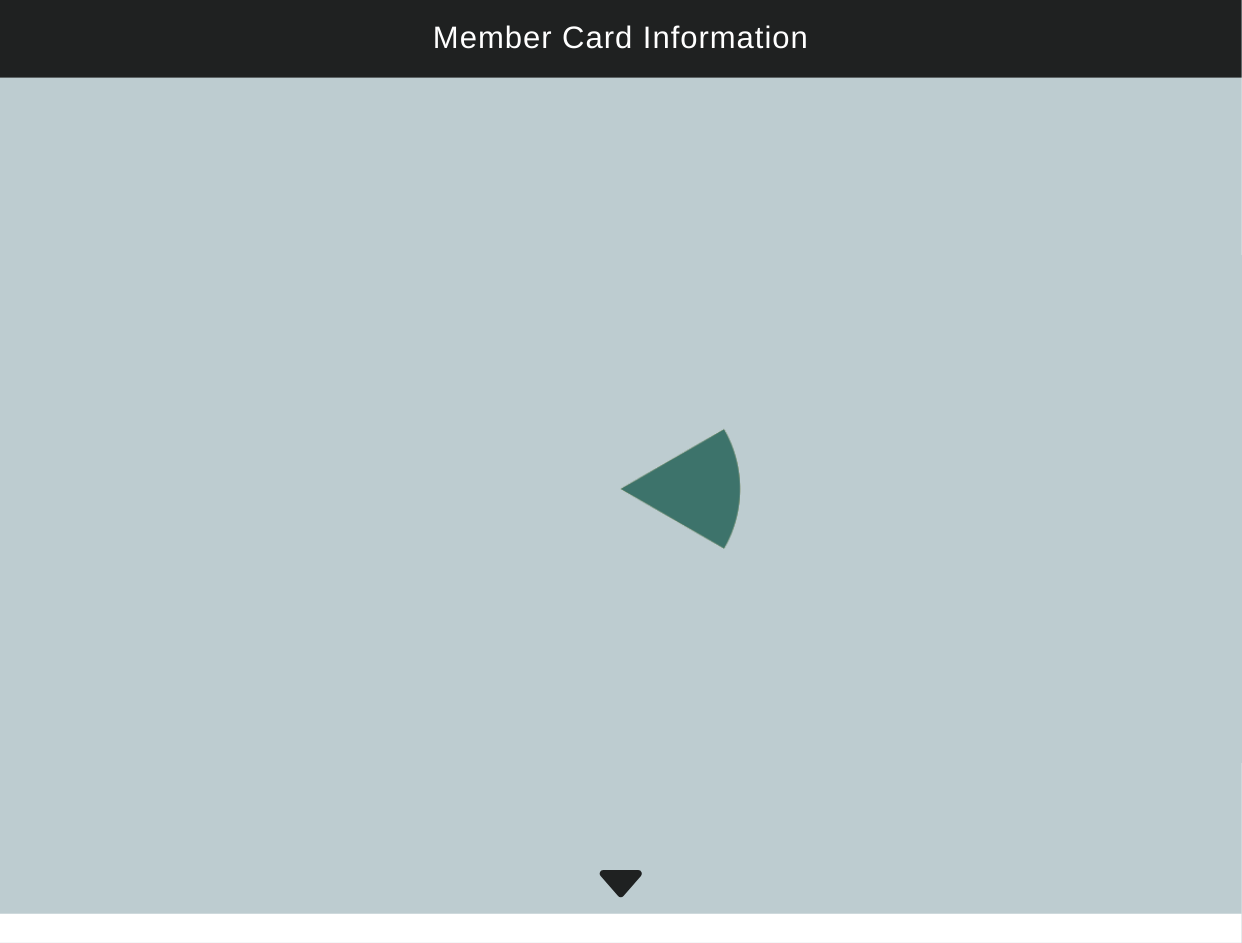
Repository: Leooook/lzhao-fed-test
Page: /
The author's editor kept a copy of each file at every save. The page is drawn from the files as they stood at one save, then again after the next save.
The browser window is 1280 px wide. The pictures show the whole page, at 97% of full size.
The page's requests for data from a server got no answer. The project was rebuilt for these pictures with package versions that can differ from the ones it lists, and the page was loaded fresh each time. No one was signed in, and anything a server would have sent is missing. Also part of the build but not shown: src/components/detail.jsx.

Above is the page before, as saved 2021-03-15 21:24:56.

After the next save:
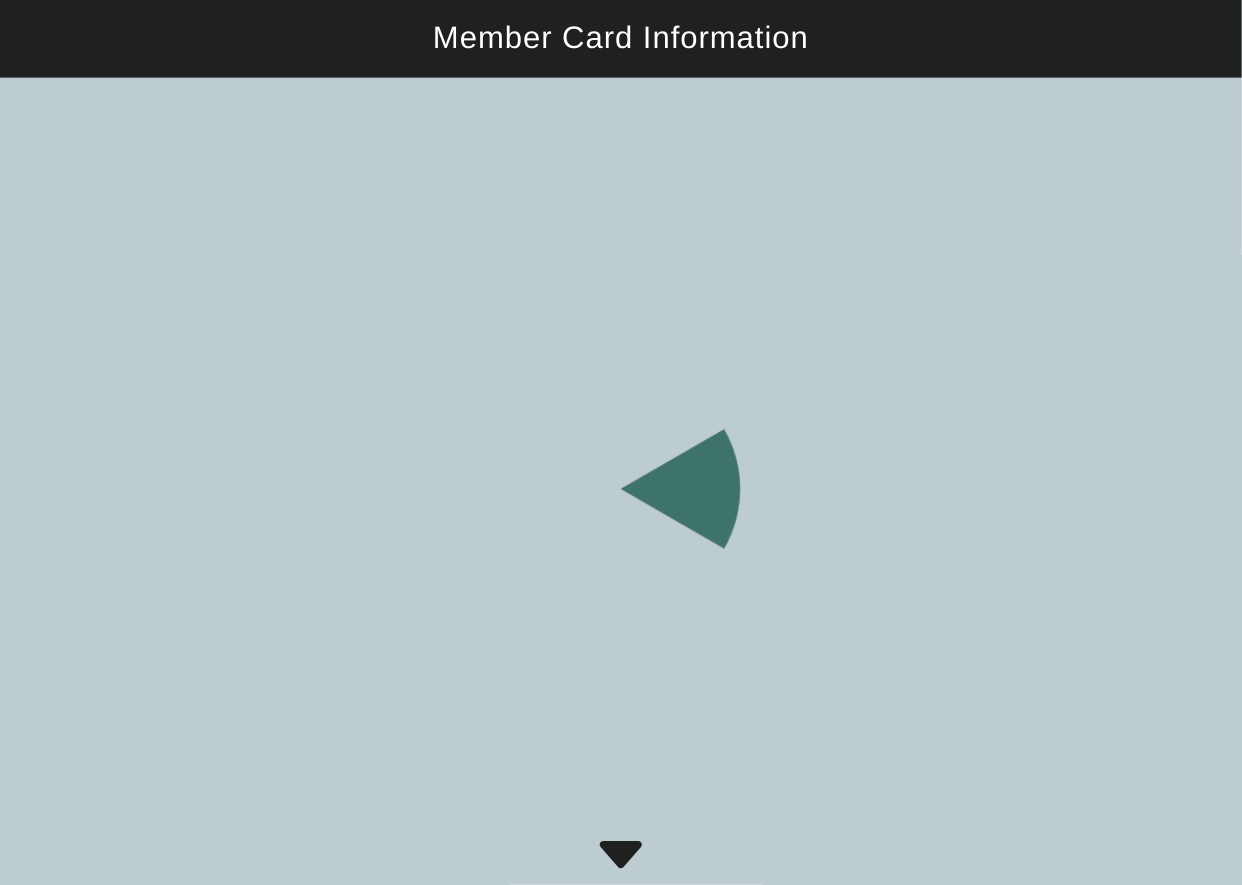
Saved 33 s later.
--- a/src/App.css
+++ b/src/App.css
@@ -20,7 +20,7 @@
 	color: var(--nav-black);
 	width: 60px;
 	height: 60px;
-	margin: 30px auto;
+	margin: auto;
 	display: block;
 }
 /* end of app */
